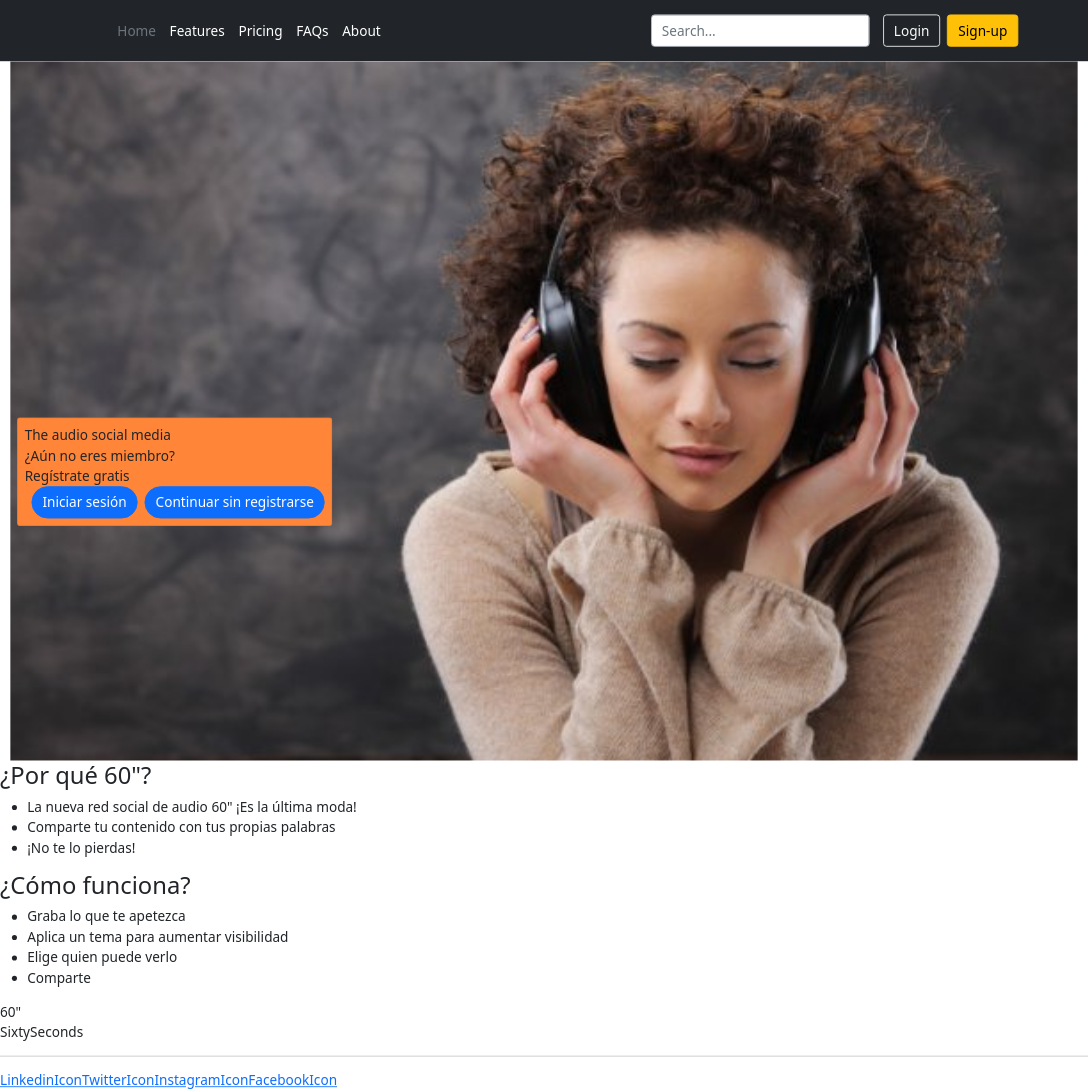
Repository: Zapulin/react-sixtySeconds-front
Page: /
The author's editor kept a copy of each file at every save. The page is drawn from the files as they stood at one save, then again after the next save.
The browser window is 1280 px wide. The pictures show the whole page, at 85% of full size.
The project was rebuilt for these pictures with package versions that can differ from the ones it lists, and the page was loaded fresh each time. Also part of the build but not shown: src/Components/Login.js, src/Components/Signup.js, src/Components/Publish.js, src/Components/Activity.js, src/Components/Categories.js, src/Components/IconProfile.js, src/Components/Recorder.js, src/Components/Audio.js and 9 more. Imported but missing from the stored project, and not drawn on this page: src/Samples/AUDIOMP3.mp3, src/Samples/AUDIOOGG.ogg.

Above is the page before, as saved 2022-04-13 10:55:28.

After the next save:
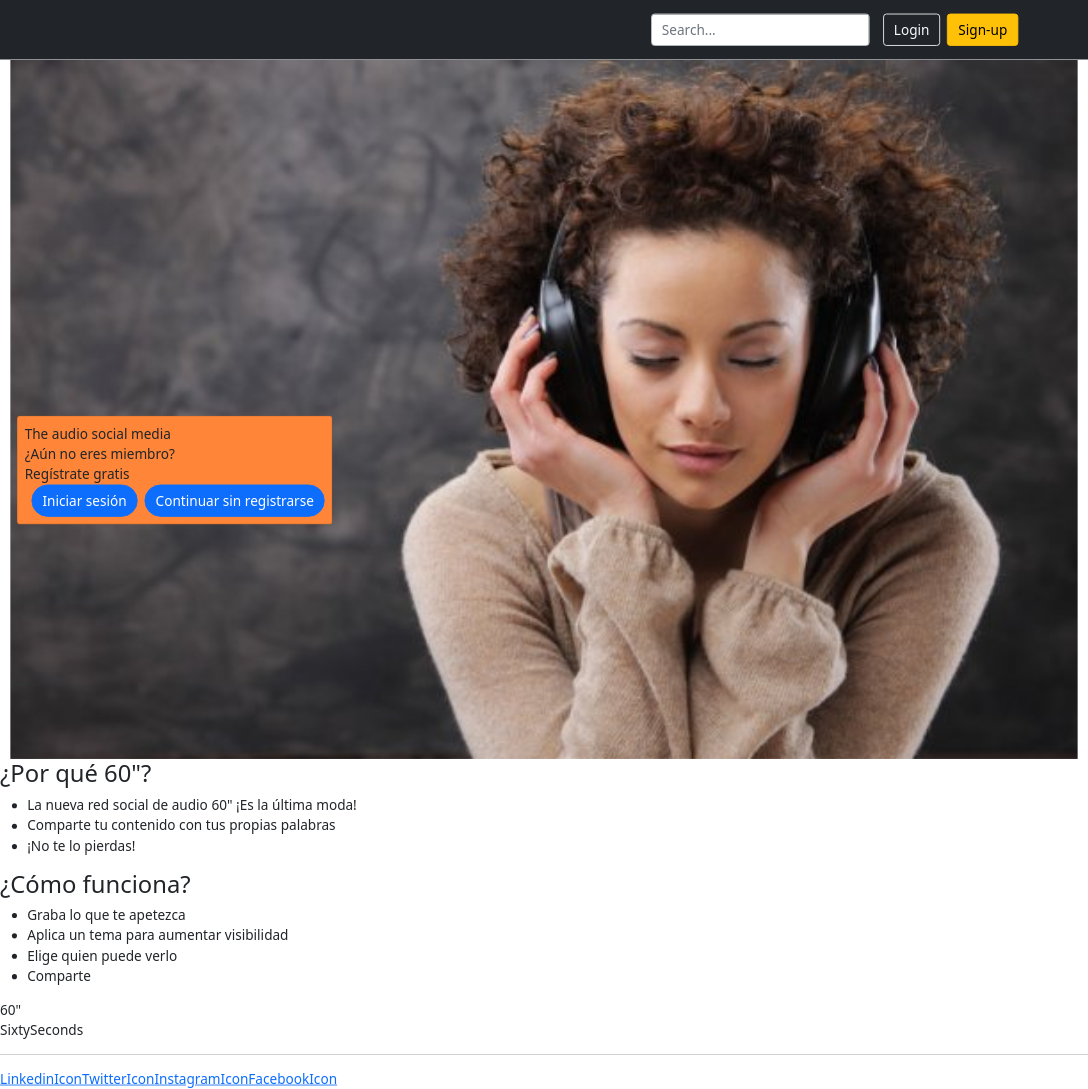
Saved 41 s later.
--- a/src/Components/Navbar.js
+++ b/src/Components/Navbar.js
@@ -20,11 +20,6 @@ function Navbar() {
 	  </a>
 
 	  <ul class="nav col-12 col-lg-auto me-lg-auto mb-2 justify-content-center mb-md-0">
-		<li><a href="#" class="nav-link px-2 text-secondary">Home</a></li>
-		<li><a href="#" class="nav-link px-2 text-white">Features</a></li>
-		<li><a href="#" class="nav-link px-2 text-white">Pricing</a></li>
-		<li><a href="#" class="nav-link px-2 text-white">FAQs</a></li>
-		<li><a href="#" class="nav-link px-2 text-white">About</a></li>
 	  </ul>
 
 	  <form class="col-12 col-lg-auto mb-3 mb-lg-0 me-lg-3">
